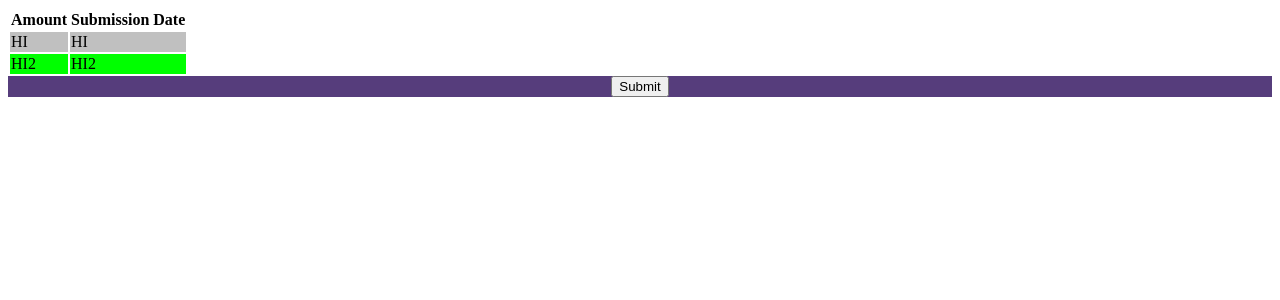
Repository: AlexHajek93/Workspace
Page: http://localhost/ERS_Web/Test.jsp
The author's editor kept a copy of each file at every save. The page is drawn from the files as they stood at one save, then again after the next save.
The browser window is 1280 px wide. The pictures show the whole page.
The page is served by Tomcat 9.

Above is the page before, as saved 2016-08-11 23:38:56.

After the next save:
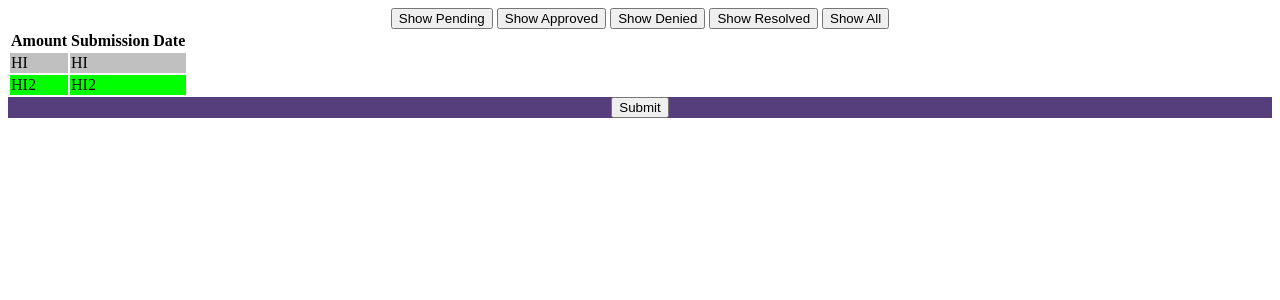
Saved 16 s later.
--- a/ERS_Web/WebContent/Test.jsp
+++ b/ERS_Web/WebContent/Test.jsp
@@ -8,6 +8,13 @@
 <link rel="stylesheet" href="./styles.css">
 </head>
 <body>
+	<div class="centerItems2">
+		<button onclick="showPending()">Show Pending</button>
+		<button onclick="showApproved()">Show Approved</button>
+		<button onclick="showDeny()">Show Denied</button>
+		<button onclick="showResolved()">Show Resolved</button>
+		<button onclick="showAll()">Show All</button>
+	</div>
 	<table class="table" style="outline-color: navy;">
 		<tr style=""><th>Amount</th>
 		<th>Submission Date</th></tr>
